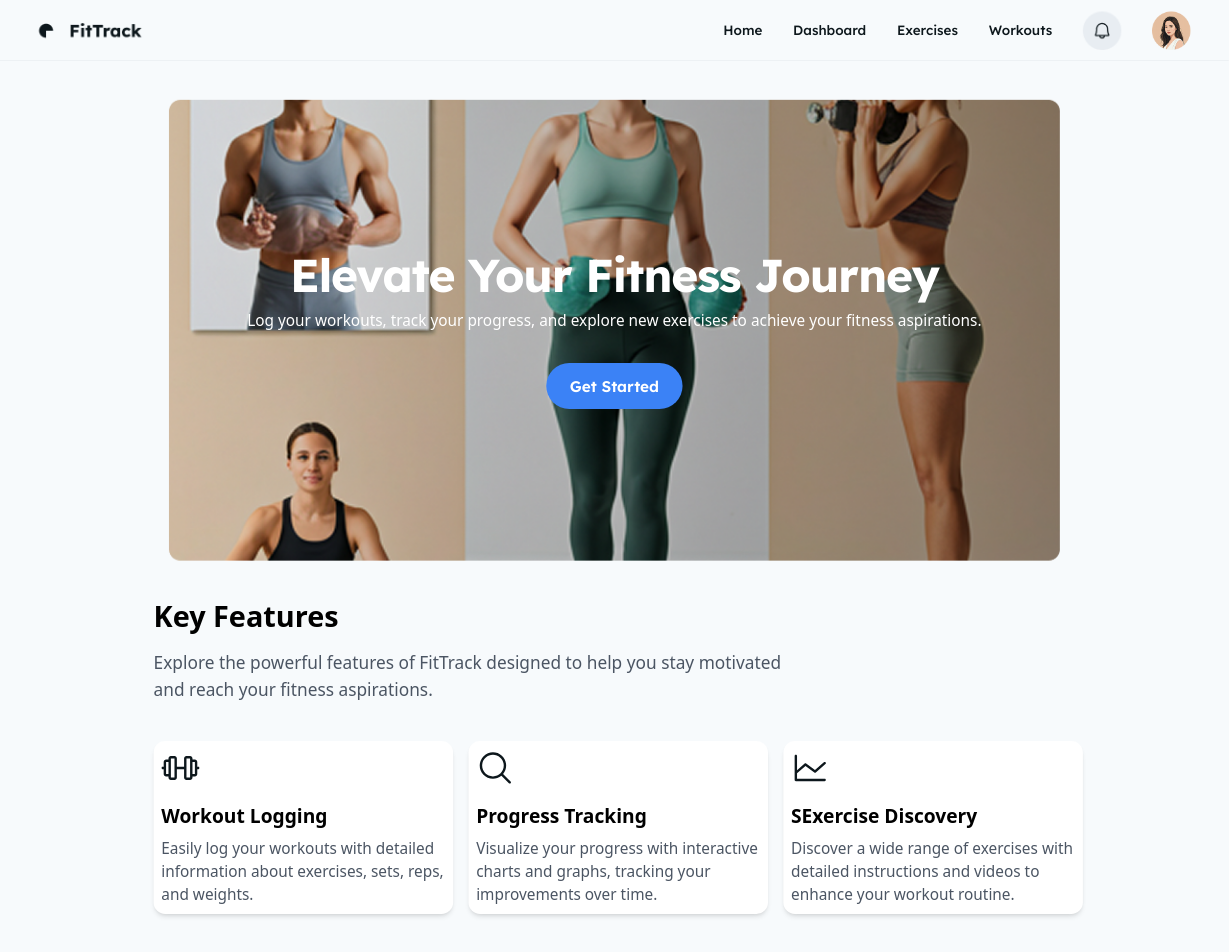
Repository: Emy-gold/fitness-tracking-platform
Page: /
These files come from the project's save history. The page is drawn as it stood at one moment and after the next save; the edit follows.
The browser window is 1280 px wide. The pictures show the whole page, at 96% of full size.
The project was rebuilt for these pictures with package versions that can differ from the ones it lists, and the page was loaded fresh each time. Also part of the build but not shown: vite.config.js, src/Pages/Dashboard.jsx, src/Pages/Exercises.jsx, src/Pages/Workouts.jsx, src/components/Footer.jsx.

Above is the page before, as saved 2025-08-24 23:30:35.

### index.html
<!doctype html>
<html lang="en">

<head>
  <meta charset="UTF-8" />
  <link rel="icon" type="image/svg+xml" href="/vite.svg" />
  <meta name="viewport" content="width=device-width, initial-scale=1.0" />
  <link href="https://fonts.googleapis.com/css2?family=Lexend:wght@300;400;500;600;700&display=swap" rel="stylesheet">
  <title>Vite + React</title>
</head>

<body>
  <div id="root"></div>
  <script type="module" src="/src/main.jsx"></script>
</body>

</html>

### src/index.css
@tailwind base;
@tailwind components;
@tailwind utilities;

body{
    padding: 0;
    margin: 0;
    background-color: #F7FAFC;
}

### src/App.jsx
import './App.css';
import { BrowserRouter as Router, Routes, Route } from 'react-router-dom';
import Home from './Pages/Home';
import Dashboard from './Pages/Dashboard.jsx';
import Exercises from './Pages/Exercises.jsx';
import Workouts from './Pages/Workouts.jsx';
import Header from './components/Header.jsx';
import Footer from './components/Footer';


function App() {

  return (
    <>

      <Router>
        <Header />
        <Routes>
          <Route path="/" element={<Home />} />
          <Route path="/dashboard" element={<Dashboard />} />
          <Route path="/exercises" element={<Exercises />} />
          <Route path="/workouts" element={<Workouts />} />
        </Routes>
      </Router>
    </>
  )
}

export default App

### src/App.css
#root {
    margin: 0 auto;
    padding: 0;
    text-align: center;

}

.logo {
    height: 6em;
    padding: 1.5em;
    will-change: filter;
    transition: filter 300ms;
}
.logo:hover {
    filter: drop-shadow(0 0 2em #646cffaa);
}
.logo.react:hover {
    filter: drop-shadow(0 0 2em #61dafbaa);
}

@keyframes logo-spin {
    from {
    transform: rotate(0deg);
    }
    to {
    transform: rotate(360deg);
    }
}

@media (prefers-reduced-motion: no-preference) {
    a:nth-of-type(2) .logo {
    animation: logo-spin infinite 20s linear;
    }
}

.card {
    padding: 2em;
}

.read-the-docs {
    color: #888;
}

### src/Pages/Home.jsx
import React from 'react';
import Header from '../components/Header';
import { useState, useEffect } from 'react';
import cardsData from "../cardsData.json";
import homepic from "../assets/home.png";

function Home() {

    const [cards, setCards] = useState([]);

    useEffect(() => {
        setCards(cardsData)
    })

    return (
        <>
            <main className='flex flex-col justify-center items-center'>

                <section className='my-10 relative flex justify-center'>
                    <img src={homepic} className="" />
                    <div className="absolute inset-0 flex flex-col justify-center text-center text-white">
                        <h1 className='text-5xl font-lexend font-bold mb-3 tracking-tight '>Elevate Your Fitness Journey</h1>
                        <p className=''>Log your workouts, track your progress, and explore new exercises to achieve your fitness aspirations.</p>
                        <button type="submit" className='mt-8 mx-auto bg-blue-500 py-[12px] px-6 font-lexend font-semibold rounded-3xl hover:bg-blue-600 transition duration-300'>Get Started</button>
                    </div>
                </section >

                <section className='flex flex-col items-start w-3/4 mb-10'>
                    <div className='flex flex-col items-start text-left'>
                        <h2 className='text-3xl font-bold mb-4'>Key Features</h2>
                        <p className='text-lg text-gray-600 max-w-2xl'>Explore the powerful features of FitTrack designed to help you stay motivated and reach your fitness aspirations.</p>
                    </div>
                    <div className='flex flex-row gap-4 mt-10 text-left'> {/* Removed justify-center */}
                        {cards.map(card => (
                            <div key={card.id} className='w-[312px] bg-white rounded-xl shadow-md p-2'>
                                <img src={card.image} className='mb-4 h-10 w-10 object-contain' />
                                <h3 className='text-xl font-semibold mb-2'>{card.title}</h3>
                                <p className='text-gray-600'>{card.summary}</p>
                            </div>
                        ))}
                    </div>
                </section>
                <section></section>
            </main >
        </>

    )
}

export default Home

### src/components/Header.jsx
import React from 'react';
import { Link } from 'react-router-dom';
import logo from "../assets/logo.png";
import icon from "../assets/notifeicon.png";
import profilePic from "../assets/profilepic.png";

function Header() {
    return (
        <>
            <header className='bg-primary border-b border-gray-300/50 sticky w-full h-16 top-0 z-50 px-10'>
                <div className="flex relative justify-between items-center h-full">
                    <Link to="/" className='flex items-center'>
                        <img
                            src={logo}
                            alt="logo"
                            className='hover:opacity-20 transition-opacity duration-300'
                        />
                    </Link>

                    <nav className='flex gap-8 items-center ml-auto'>
                        <Link to="/" className='font-lexend font-medium text-sm text-textColor hover:scale-105 leading-[21px]'>Home</Link>
                        <Link to="/dashboard" className='font-lexend font-medium text-sm text-textColor hover:scale-105 leading-[21px]'>Dashboard</Link>
                        <Link to="/exercises" className='font-lexend font-medium text-sm text-textColor hover:scale-105 leading-[21px]'>Exercises</Link>
                        <Link to="/workouts" className='font-lexend font-medium text-sm text-textColor hover:scale-105 leading-[21px]'>Workouts</Link>
                        <img src={icon} className='hover:scale-105 duration-200' />
                        <img src={profilePic} className='h-10 w-10 hover:scale-105 duration-200' />
                    </nav>

                    <div></div>
                </div>
            </header>
        </>
    )
}

export default Header;

### src/cardsData.json
[
    {
        "id": 1,
        "title": "Workout Logging",
        "summary": "Easily log your workouts with detailed information about exercises, sets, reps, and weights.",
        "image": "src/assets/icon1.svg"
    },
    {
        "id": 2,
        "title": "Progress Tracking",
        "summary": "Visualize your progress with interactive charts and graphs, tracking your improvements over time.",
        "image": "src/assets/icon2.svg"
    },
    {
        "id": 3,
        "title": "SExercise Discovery",
        "summary": "Discover a wide range of exercises with detailed instructions and videos to enhance your workout routine.",
        "image": "src/assets/icon3.svg"
    }
]

### tailwind.config.js

/** @type {import('tailwindcss').Config} */
export default {
  content: [
    "./index.html",
    "./src/**/*.{js,ts,jsx,tsx}",
  ],
  theme: {
    extend: {
      fontFamily: {
        lexend: ['Lexend', 'sans-serif'],
      },
      colors: {
        primary: "#F7FAFC",
        textColor: "#0D171C",
      }
    },
  },
  plugins: [],
}

Loaded but not shown: src/main.jsx (common file)

After the next save:
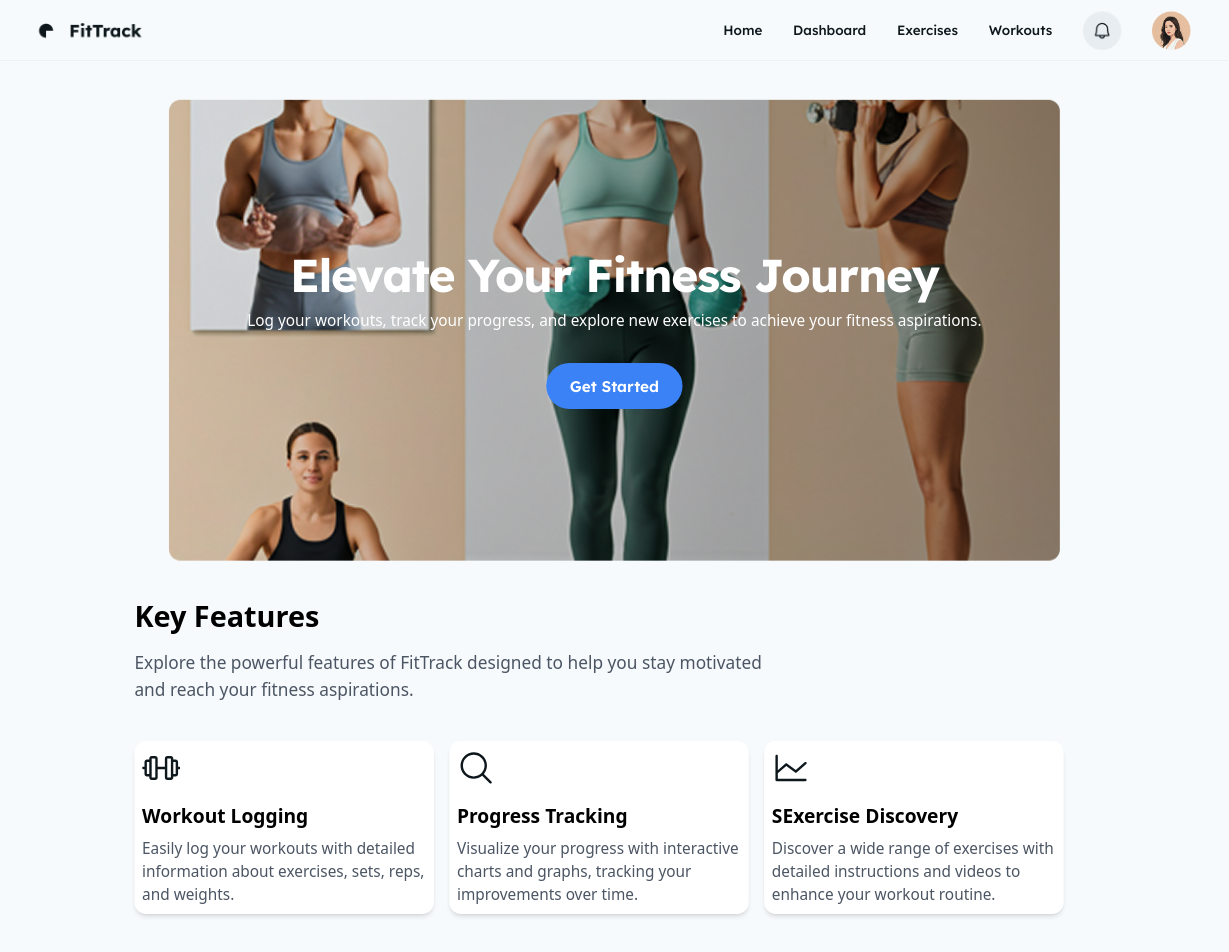
Saved 51 s later.
--- a/src/Pages/Home.jsx
+++ b/src/Pages/Home.jsx
@@ -25,7 +25,7 @@ function Home() {
                     </div>
                 </section >
 
-                <section className='flex flex-col items-start w-3/4 mb-10'>
+                <section className='flex flex-col items-start w-[1000px] mb-10'>
                     <div className='flex flex-col items-start text-left'>
                         <h2 className='text-3xl font-bold mb-4'>Key Features</h2>
                         <p className='text-lg text-gray-600 max-w-2xl'>Explore the powerful features of FitTrack designed to help you stay motivated and reach your fitness aspirations.</p>
